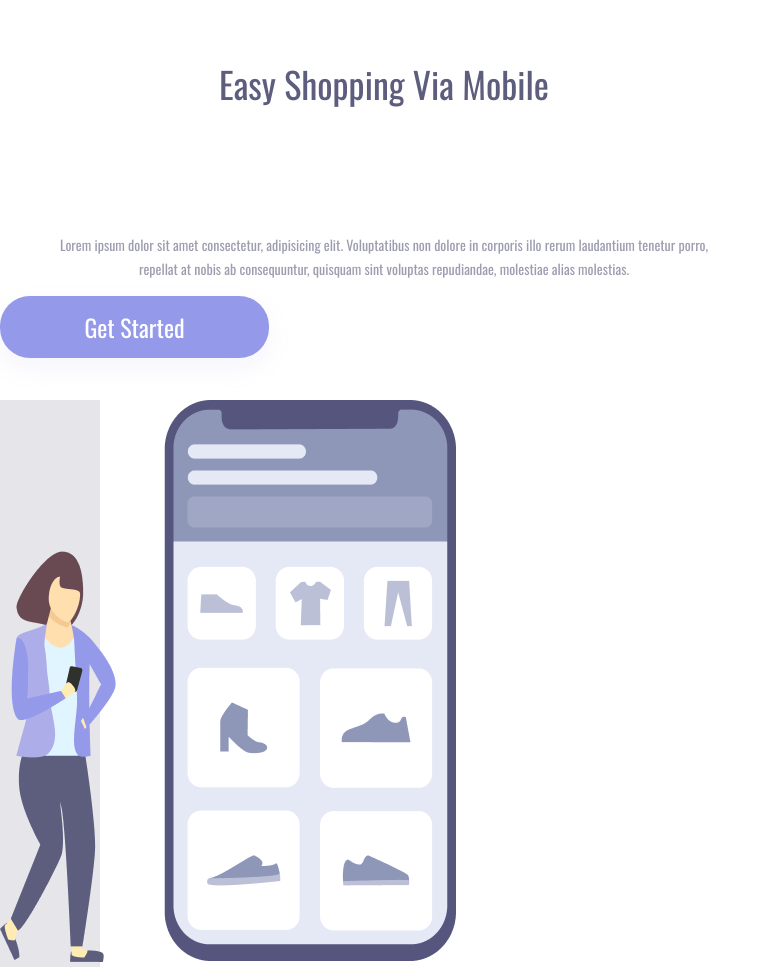
Repository: DihOliver/Projeto-Responsivo
Page: index.html
These files come from the project's save history. The page is drawn as it stood at one moment and after the next save; the edit follows.
The browser window is 768 px wide. The pictures show the whole page.
Some web fonts or font styles are not loaded; a fallback is used.

Above is the page before, as saved 2023-06-14 21:20:47.

### index.html
<!DOCTYPE html>
<html lang="en">
  <head>
    <meta charset="UTF-8" />
    <meta http-equiv="X-UA-Compatible" content="IE=edge" />
    <meta name="viewport" content="width=device-width, initial-scale=1.0" />
    <link rel="stylesheet" href="./styles.css" />
    <link rel="preconnect" href="https://fonts.googleapis.com" />
    <link rel="preconnect" href="https://fonts.gstatic.com" crossorigin />
    <link
      href="https://fonts.googleapis.com/css2?family=Montserrat:ital,wght@0,500;0,600;0,700;0,900;1,400&family=Oswald&family=Poppins:wght@400;500;700&family=Roboto:wght@400;500;700&family=Tilt+Prism&display=swap"
      rel="stylesheet"
    />
    <title>Css - Responsividade</title>
  </head>
  <body>
    <div class="wrapper">
      <section class="container-left">
        <h1>Easy Shopping Via Mobile</h1>
        <p>
          Lorem ipsum dolor sit amet consectetur, adipisicing elit. Voluptatibus
          non dolore in corporis illo rerum laudantium tenetur porro, repellat
          at nobis ab consequuntur, quisquam sint voluptas repudiandae,
          molestiae alias molestias.
        </p>
        <button>Get Started</button>
      </section>
      <section class="container-rigth">
        <header>
          <a>Home</a>
          <a>Work</a>
          <a>About</a>
          <a>Contact</a>
        </header>
        <img alt="Girl=cellphone.png" src="./img/girl-cellphone.png" />
      </section>
    </div>
  </body>
</html>

### styles.css
*{
    margin: 0;
    padding: 0;
    box-sizing: border-box;
    font-family: 'Oswald', sans-serif;
    font-weight: 400;
}

.wrapper {
    height: 100vh;
    width: 100vw;

}

.container-left {
    display: inline-block;
    width: 60%;
    padding: 136px;
    margin-top: 25%;


}


.container-rigth {
    display: inline-block;
    background-color: rgba(93,93,125,0.16);
    height: 100vh;
    position: absolute;
    width: 540px;
    width: 40%;


}

img {
    position: relative;
    top: 25%;
    right: 130px;
}

h1 {
    font-weight: 0px;
    font-size: 70px;
    line-height: 80px;
    color: #5D5D7D;
    width: 368px;
    height: 160px;
    width: 368px;


}

p {
    font-size: 28px;
    line-height: 48px;
    color: #5D5D7D;
    opacity: 0.6;
    margin: 15px 0;
    width: 540px;

}

button {
    width: 269px;
    height: 62px;
    background: #9499EA;
    font-size: 24px;
    line-height: 36px;
    text-align: center;
    box-shadow: 0px 10px 24px rgba(148, 153, 234, 0.0979959);
    color: #FFFFFF;
    border: none;
    border-radius: 30px;
    cursor: pointer;
    }

    button:hover {
        opacity: .8;
    }

    button:active {
        opacity: .5;
    }

    a {
        font-size: 28px;
        line-height: 41px;
        color: #5D5D7D;
        margin: 41px;
        cursor: pointer;
    }

    a:nth-child(2) {
        opacity: 0.4;

    }

    a:hover {
        opacity: 0.4;
    }

    a:active {
        opacity: 0.8;
    }

    header {
        margin: 24px 0 0 57px;
    }

    @media screen and (max-width: 900px) {
        .container-left {
            width: 100%;
            height: 50%;
            padding: 0;
            margin: 0;
        }

        .container-rigth {
            display: block;
            height: auto;
            width: 100px;
            position: static;
        }

        img {
            position: static;
        }

        header {
            display: none;
        }

        h1 {
            font-size:36px;
            line-height: 52px;
            width: auto;
            margin: 58px 50px 0 50px;
            text-align: center;
        }

        p {
            margin: 15px 40px;
            width: auto;
            text-align: center;
            font-size: 14px;
            line-height: 24px;
        }




    }

After the next save:
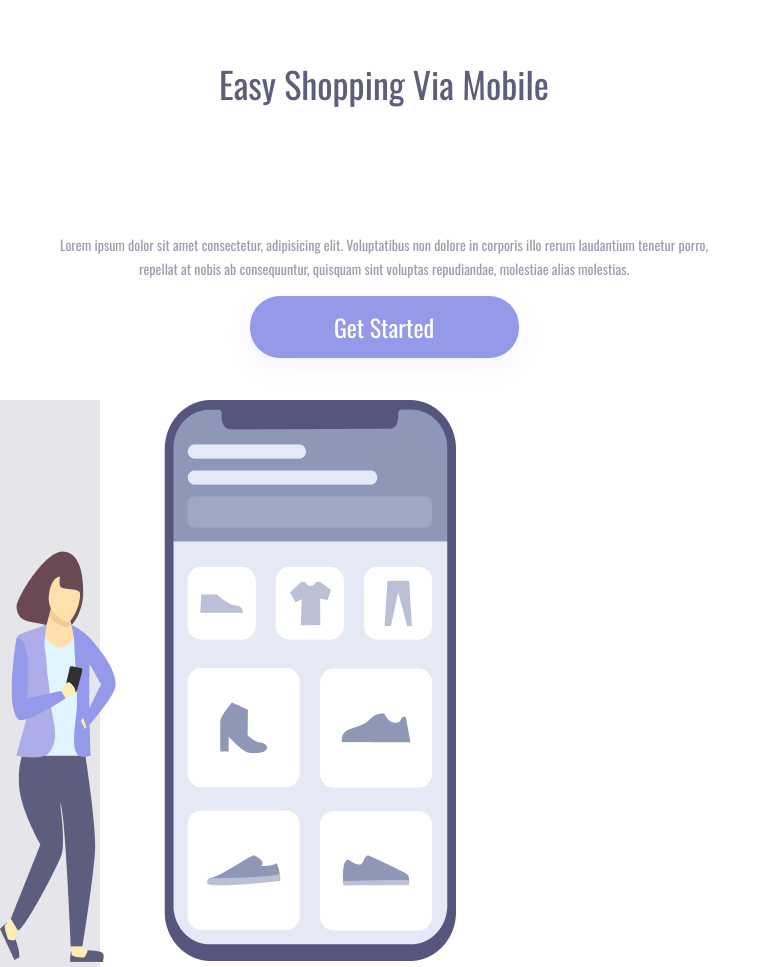
Saved 11 days later.
--- a/styles.css
+++ b/styles.css
@@ -147,6 +147,10 @@ button {
             line-height: 24px;
         }
 
+        button {
+            margin: 0 auto;
+            display: block;
+        }
 
 
 
